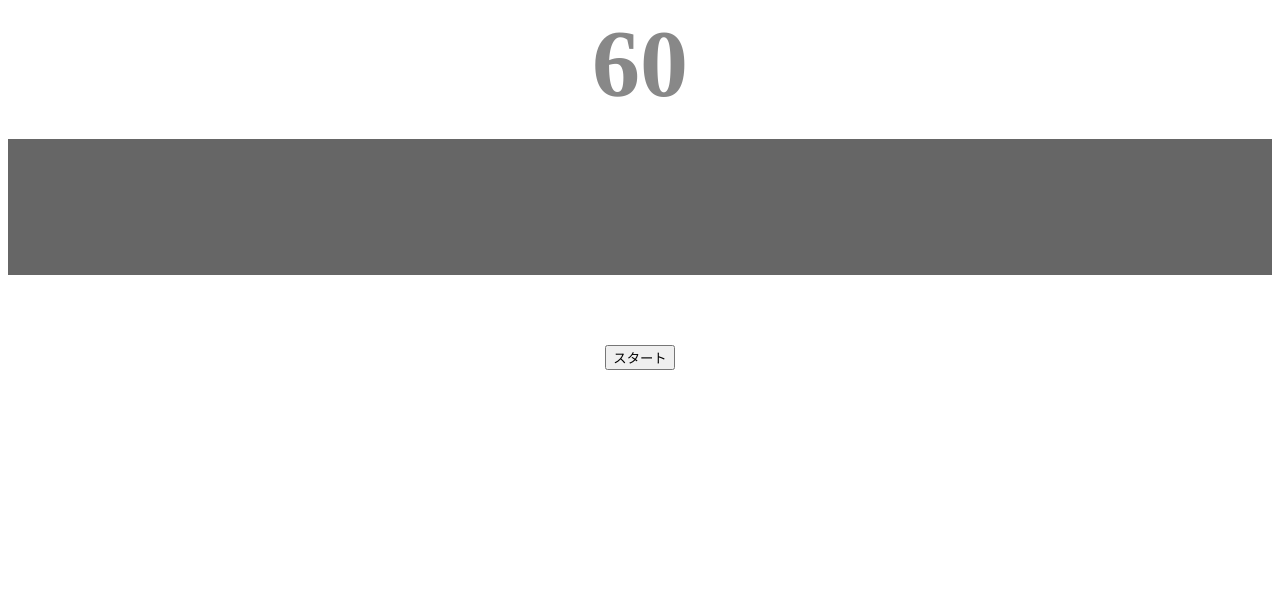
Repository: okuma0090/samurai_HTML-CSS
Page: index2.html
The author's editor kept a record of every edit. The page is drawn from the files as they stood at one moment, then again after the next edit.
The browser window is 1280 px wide. The pictures show the whole page.

Above is the page before.
Console error: SyntaxError: Invalid or unexpected token

### index2.html
<!DOCTYPE html>
<html lang="ja">
<head>
    <meta charset="UTF-8">
    <title>タイピングアプリ</title>
    <style>
        body {
               font-size: 6em;
               text-align: center;
        }

        #count {
                margin: 0;
               font-weight: bold;
               color: #888;
        }

        #wrap {
               margin-top: 20px;
               padding: 20px 10px;
               background-color: #666;
               font-weight: bold;
               color: #fff;
        }

    </style>
</head>
<body>
    <p id="count">60</p>
    <div id="wrap">
        <p id="text"></p>
    </div>
    <button id="start">スタート</button>
    <script>
        // 必要なHTML要素の取得
const wrap = document.getElementById('wrap');
const start = document.getElementById('start');

    let checkTexts = [];

const textLists = [
    'Hello World','This is my App','How are you?',
    'Today is sunny','I love JavaScript!','Good morning',
    'I am Japanese','Let it be','Samurai',
    'Typing Game','Information Technology',
    'I want to be a programmer','What day is today?',
    'I want to build a web app','Nice to meet you',
    'Chrome Firefox Edge Safari','machine learning',
    'Brendan Eich','John Resig','React Vue Angular',
    'Netscape Communications','undefined null NaN',
    'Thank you very much','Google Apple Facebook Amazon',
    'ECMAScript','console.log','for while if switch',
    'var let const','Windows Mac Linux iOS Android',
    'programming'
    ]; // 複数のテキストを格納する配列

const createText = () => {
    const p = document.getElementById('text');

    //配列の０番目にあるテキストを画面に表示する
    const rnd = Math.floor(Math.random()*textLists.length);

    p.textContent = '';

   //テキストを１文字ずつにしてp要素に挿入する
   checkTexts = textLists[rnd].split('').map(value =>{
       //span要素を生成する
       const span = document.createElement('span');

       //span要素に配列の１文字ずつを当てはめる
       span.textContent = value;

       //span要素をp配列に追加していく
        p.appendChild(span);

        return span;
   })
    };
// createText関数を実行する
createText();

let score = 0;
const keyDown = e => {
    if(e.key === checkTexts[0].textContent){
        checkTexts[0].className = 'add-color';
        checkTexts.shift();
        score++;
    if(!checkTexts.length)createText();
    }
}; // キーイベント＆入力判定処理

const rankCheck = score => {
    let text ='';

    if(score <100){
        text = `あなたのランクはCです。/nBランクまであと${100-score}文字です。`;
    }else if(score < 200){
        text = `あなたのランクはBです。/nAランクまであと${200 - score}文字です`;
    }else if(score < 300){
        text = `あなたのランクはAです。/nSランクまであと${300 - score}文字です`;
    }else if(score >= 300){
        text = `あなたのランクはSランクです。おめでとうございます！`;
    }
    return '${score}文字打てました！`;
}; // ランク判定とメッセージ生成処理

const gameOver = id => {
    clearInterval(id);

    const result = confirm(rankCheck(score));
}; // ゲームの終了処理

const timer = () => {
    let time = 60;
    const count = document.getElementById('count');

    const id = setInterval(() =>{
        if(time <= 0)gameOver(id);
        count.textContent = time--;
    },1000);
}; // タイマー処理


start.addEventListener('click', () => {

    timer();

    createText();

    start.style.display = 'none';

    //キーボードのイベント処理
    document.addEventListener('keydown',keyDown);
});
    </script>
</body>
</html>

After the next edit:
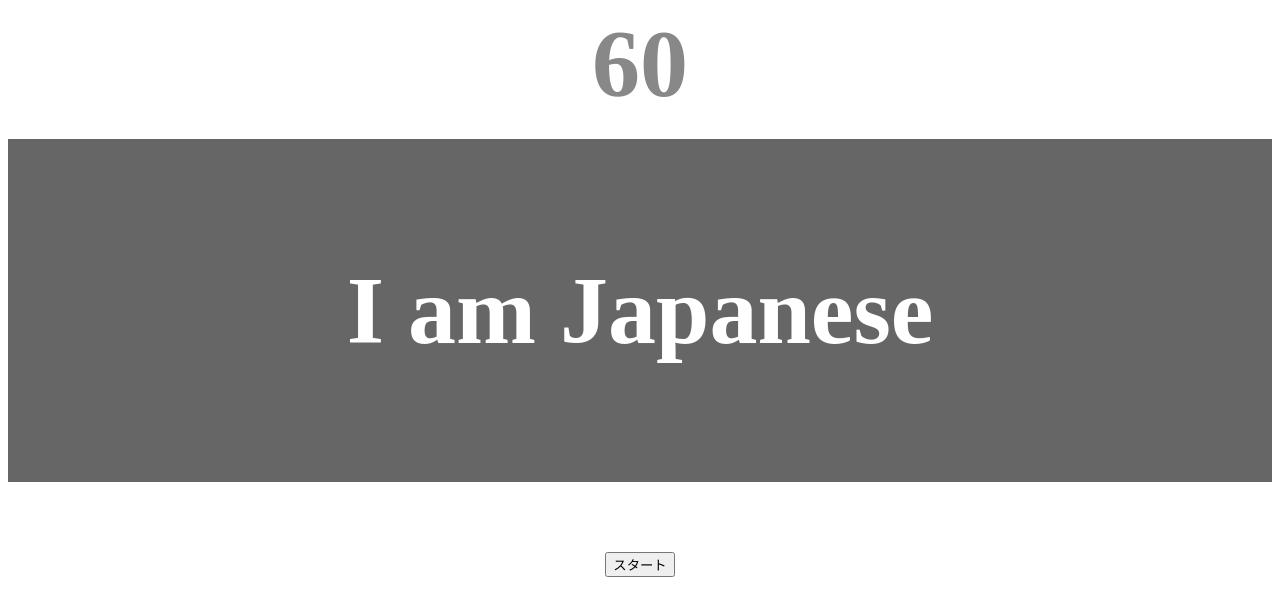
The error is gone.
The edit:
--- a/index2.html
+++ b/index2.html
@@ -101,7 +101,7 @@
     }else if(score >= 300){
         text = `あなたのランクはSランクです。おめでとうございます！`;
     }
-    return '${score}文字打てました！`;
+    return `${score}文字打てました！\n${text}\n【OK】リトライ／【キャンセル】終了`;
 }; // ランク判定とメッセージ生成処理
 
 const gameOver = id => {
